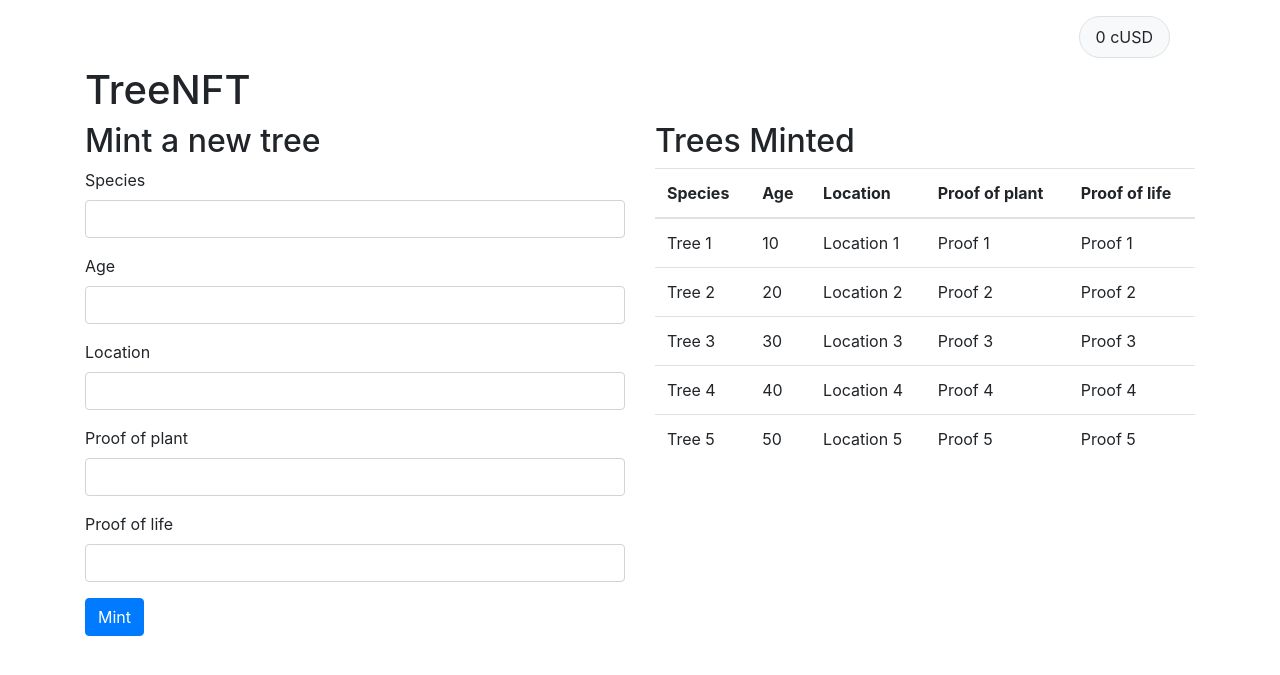
Repository: Jeremicarose/Celo-Code-Jam-3.0
Page: index.html
These files come from the project's save history. The page is drawn as it stood at one moment and after the next save; the edit follows.
The browser window is 1280 px wide. The pictures show the whole page.

Above is the page before, as saved 2023-06-29 22:17:11.

After the next save:
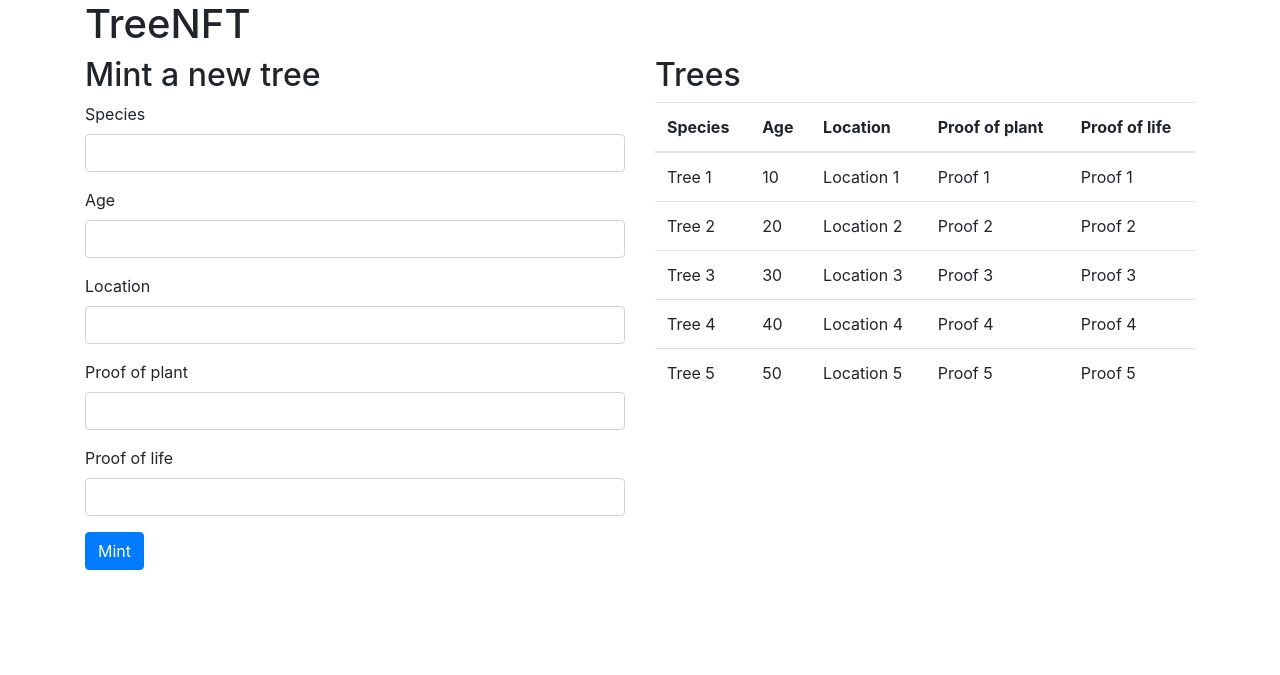
Saved 10 min 43 s later.
--- a/index.html
+++ b/index.html
@@ -9,24 +9,12 @@
   <script src="mintTree.js"></script>
 </head>
 <body>
-    <div class="container mt-2" style="max-width: 72em">
-
-        <nav class="navbar bg-white navbar-light">
-          <div class="container-fluid">
-            <span class="navbar-brand m-0 h4 fw-bold"></span>
-            <span class="nav-link border rounded-pill bg-light">
-              <span id="balance">0</span>
-              cUSD
-            </span>
-          </div>
-        </nav>
-        </div>
   <div class="container">
     <h1>TreeNFT</h1>
     <div class="row">
       <div class="col-md-6">
         <h2>Mint a new tree</h2>
-        <form action="/mint" method="post">
+        <form action="/mint" method="post" id="mintForm">
           <div class="form-group">
             <label for="species">Species</label>
             <input type="text" class="form-control" id="species" name="species" required>
@@ -47,11 +35,11 @@
             <label for="proofOfLife">Proof of life</label>
             <input type="text" class="form-control" id="proofOfLife" name="proofOfLife" required>
           </div>
-          <button type="submit" class="btn btn-primary" onclick="mintTree()">Mint</button>
+          <button type="submit" class="btn btn-primary">Mint</button>
         </form>
       </div>
       <div class="col-md-6">
-        <h2>Trees Minted</h2>
+        <h2>Trees</h2>
         <table class="table">
           <thead>
             <tr>
@@ -94,11 +82,38 @@
                       "</tr>";
         treeTableBody.append(treeRow);
       }
+
+      // Handle form submission (Mint button click)
+      $("#mintForm").submit(function(event) {
+        event.preventDefault();
+
+        // Read form values
+        var species = $("#species").val();
+        var age = $("#age").val();
+        var location = $("#location").val();
+        var proofOfPlant = $("#proofOfPlant").val();
+        var proofOfLife = $("#proofOfLife").val();
+
+        // Create a new tree row with the form values
+        var newTreeRow = "<tr>" +
+                         "<td>" + species + "</td>" +
+                         "<td>" + age + "</td>" +
+                         "<td>" + location + "</td>" +
+                         "<td>" + proofOfPlant + "</td>" +
+                         "<td>" + proofOfLife + "</td>" +
+                         "</tr>";
+
+        // Append the new tree row to the table body
+        treeTableBody.append(newTreeRow);
+
+        // Reset form values
+        $("#species").val("");
+        $("#age").val("");
+        $("#location").val("");
+        $("#proofOfPlant").val("");
+        $("#proofOfLife").val("");
+      });
     });
-
-    function mintTree() {
-      // You can implement the minting logic here
-    }
   </script>
 </body>
 </html>
